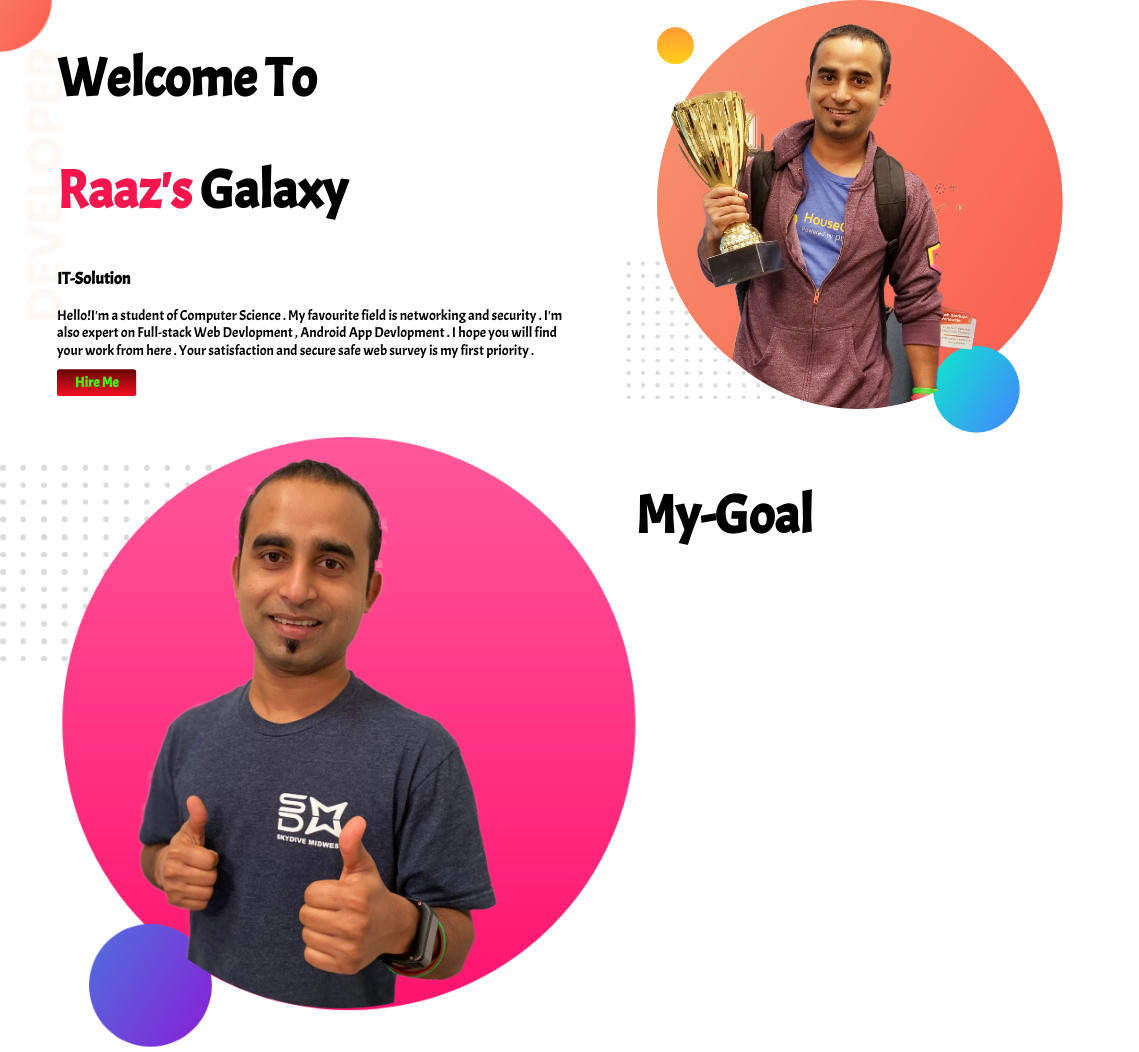
Repository: ramizraaz/my-portfolio
Page: about.html
These files come from the project's save history. The page is drawn as it stood at one moment and after the next save; the edit follows.
The browser window is 1280 px wide. The pictures show the whole page, at 89% of full size.

Above is the page before, as saved 2022-01-13 19:09:00.

### about.html
<!DOCTYPE html>
<html lang="en">

<head>
    <meta charset="UTF-8">
    <meta http-equiv="X-UA-Compatible" content="IE=edge">
    <meta name="viewport" content="width=device-width, initial-scale=1.0">
    <title>Raaz Portfolio</title>
    <link rel="preconnect" href="https://fonts.googleapis.com">
    <link rel="preconnect" href="https://fonts.gstatic.com" crossorigin>
    <link href="https://fonts.googleapis.com/css2?family=Acme&family=Lobster&family=Permanent+Marker&display=swap" rel="stylesheet">
    <link rel="stylesheet" href="design.css">
</head>

<body>
    <section class="top">
        <div class="content">
            <h1>Welcome To</h1>
            <h1><span> Raaz's </span>Galaxy</h1>
            <h3>IT-Solution</h3>
            <p>Hello!I'm a student of Computer Science . My favourite field is networking and security . I'm also expert on Full-stack Web Devlopment , Android App Devlopment . I hope you will find your work from here . Your satisfaction and secure safe
                web survey is my first priority .</p>
            <a class="link-button" href="" target="_blank">Hire Me</a>
        </div>
        <div class="content">
            <img src="images/jhankar.png" alt="Personal Profile">
        </div>
    </section>
    <section class="middle">
        <div>
            <img src="images/jhankar2.png" alt="Personal Profile">
        </div>
        <div>
            <h1>My-Goal</h1>
        </div>
    </section>
</body>

</html>

### design.css
body {
    font-family: 'Acme', sans-serif;
    margin: 0;
}

h1 {
    font-size: 60px;
}

span {
    color: rgb(247, 21, 77);
}

section {
    display: flex;
    /* Using this attribute for show photo and content flexible left right part */
}

.content {
    width: 50%;
    /*to make 2 div 50//50 size*/
    padding-left: 5%;
}

.content img {
    width: 85%;
    /*adjusting image*/
}

.link-button {
    text-decoration: none;
    background-image: linear-gradient(rgb(102, 3, 3), #f50f22);
    padding: 5px 20px;
    border-radius: 3px;
    font-weight: 800;
    color: rgb(63, 247, 7);
}

.top {
    background-image: url(images/top-banner.png);
    background-repeat: no-repeat;
}

After the next save:
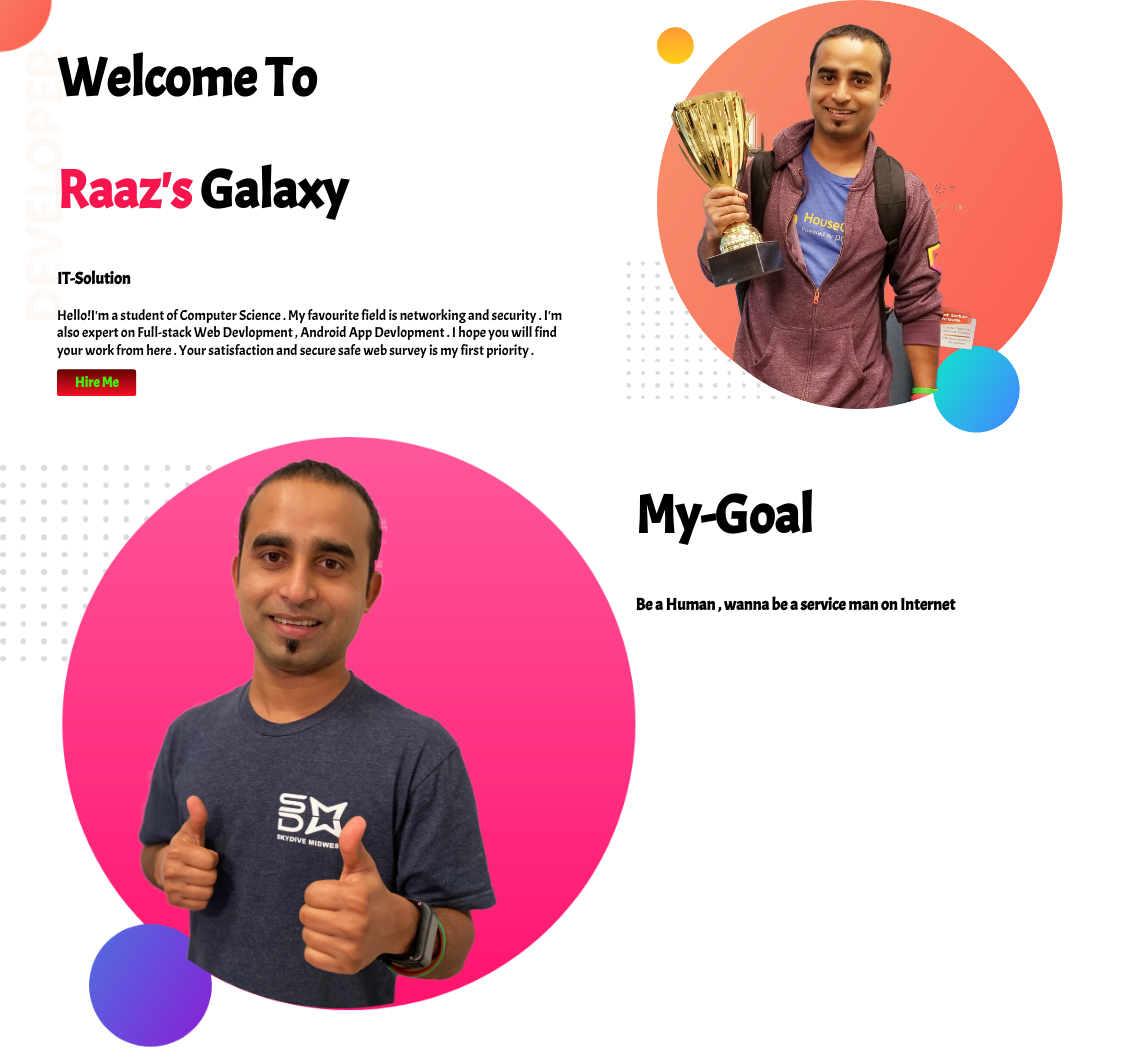
Saved 78 s later.
--- a/about.html
+++ b/about.html
@@ -32,6 +32,7 @@
         </div>
         <div>
             <h1>My-Goal</h1>
+            <h3>Be a Human , wanna be a service man on Internet</h3>
         </div>
     </section>
 </body>
